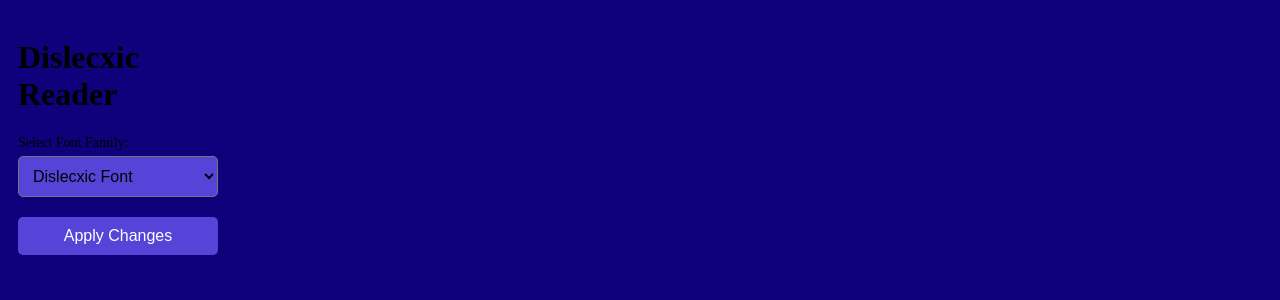
Repository: adatechschool/extension-navigateur-extension_walid_eliana_imelda
Page: Extention 3/popup.html
The author's editor kept a copy of each file at every save. The page is drawn from the files as they stood at one save, then again after the next save.
The browser window is 1280 px wide. The pictures show the whole page.

Above is the page before, as saved 2024-01-12 15:56:41.

### Extention 3/popup.html
<!-- popup.html -->
<!DOCTYPE html>
<html>
<head>
  <link rel="stylesheet" type="text/css" href="popup.css">
  <script type="module" src="popup.js"></script>

  <link rel="preconnect" href="https://fonts.googleapis.com">
<link rel="preconnect" href="https://fonts.gstatic.com" crossorigin>
<link href="https://fonts.googleapis.com/css2?family=Montserrat:wght@400;700&display=swap" rel="stylesheet">

</head>
<body>
    <h1> Dislecxic Reader </h1>
  <label for="font-family">Select Font Family:</label>

  <select id="font-family">

    <option value="Montserrat">Dislecxic Font</option>

    <option value="Arial"> Lettres en Gras</option>

    <option value="Courier New"> Le deux</option>
    <!-- Add more font options as needed -->
  </select>

  <button id="apply-button">Apply Changes</button>
</body>
</html>

### Extention 3/popup.css
body {
    width: 200px;
    padding: 10px;
    background-color: #0f007c;

  }

  label {
    display: block;
    margin-bottom: 5px;
    font-size: 14px;
  }

  select, button {
    width: 100%;
    margin-bottom: 20px;
    padding: 10px;
    font-size: 16px;
    background-color:#5544d7;
    border-radius: 5px;
  }

  button {
    background-color: #5544d7;
    color: white;
    border: 5px;
    cursor: pointer;
  }

  button:hover {
    background-color: #357ae8;
  }
  h1 {
    font-style: color:white;
  }

### Extention 3/popup.js
document.addEventListener('DOMContentLoaded', function() {
    var applyButton = document.getElementById('apply-button');
    var fontFamilySelect = document.getElementById('font-family');

    applyButton.addEventListener('click', function() {
      var selectedFontFamily = fontFamilySelect.value;
      chrome.tabs.query({ active: true, currentWindow: true }, function(tabs) {
        chrome.tabs.sendMessage(tabs[0].id, { action: 'applyChanges', selectedFontFamily: selectedFontFamily });
      });
    });
  });

After the next save:
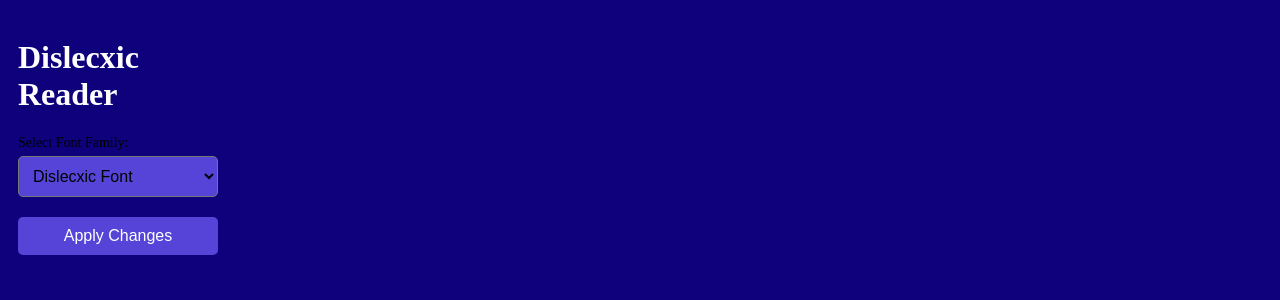
Saved 44 s later.
--- a/Extention 3/popup.css
+++ b/Extention 3/popup.css
@@ -31,5 +31,5 @@ body {
     background-color: #357ae8;
   }
   h1 {
-    font-style: color:white;
+    color:white;
   }
